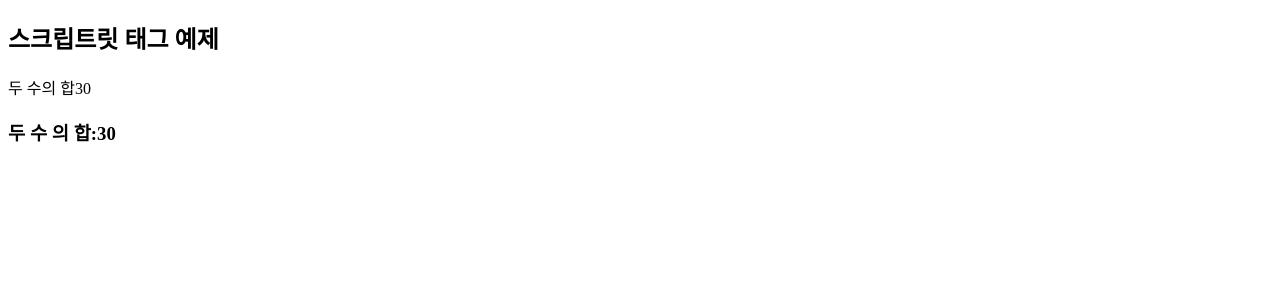
Repository: taiseidesu97/space_jspworks
Page: http://localhost/jweb0/script1.jsp
An editor plug-in stored every save of this project. The page is shown before and after the next save, followed by the edit.
The browser window is 1280 px wide. The pictures show the whole page.
The page is served by Tomcat 10. Other server files are loaded and not shown.

Above is the page before, as saved 2025-10-02 01:57:00.

### jweb0/src/main/webapp/script1.jsp
<%@ page language="java" contentType="text/html; charset=UTF-8"
    pageEncoding="UTF-8"%>
<!DOCTYPE html>
<html>
<head>
<meta charset="UTF-8">
<title>JSP태그 - 스크립트</title>
</head>
<body>
	<h2>스크립트릿 태그 예제</h2>
	<%
	int n1 = 10, n2 = 20;

	out.println("두 수의 합" + (n1 + n2));

	%>

	<h3>두 수 의 합:<%= n1 + n2 %></h3>
</body>
</html>

After the next save:
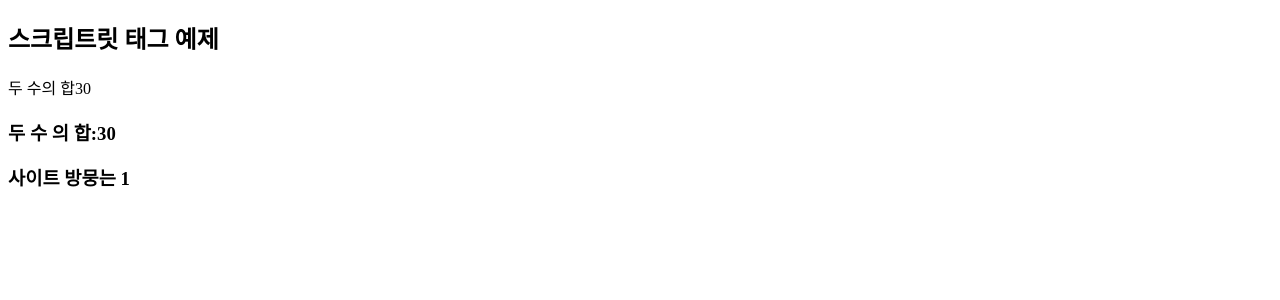
Saved 4 min 32 s later.
--- a/jweb0/src/main/webapp/script1.jsp
+++ b/jweb0/src/main/webapp/script1.jsp
@@ -6,6 +6,10 @@
 <meta charset="UTF-8">
 <title>JSP태그 - 스크립트</title>
 </head>
+<!-- 전역 공간 -->
+<%!
+int count =0; //전역 변수 선언(값을 유지, 공유)
+%>
 <body>
 	<h2>스크립트릿 태그 예제</h2>
 	<%
@@ -16,5 +20,6 @@
 	%>
 
 	<h3>두 수 의 합:<%= n1 + n2 %></h3>
+	<h3>사이트 방뭉는 <%= ++count %></h3>
 </body>
 </html>
